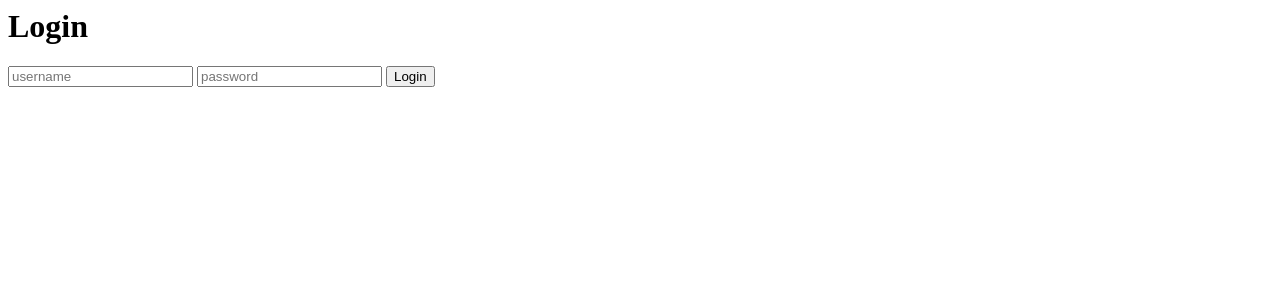
Repository: gtxDaniel/Web-development
Page: http://localhost/login
The author's editor kept a record of every edit. The page is drawn from the files as they stood at one moment, then again after the next edit.
The browser window is 1280 px wide. The pictures show the whole page.
The page is served by the project's Node server (Authentication/AuthDemo/app.js).

Above is the page before.

After the next edit:
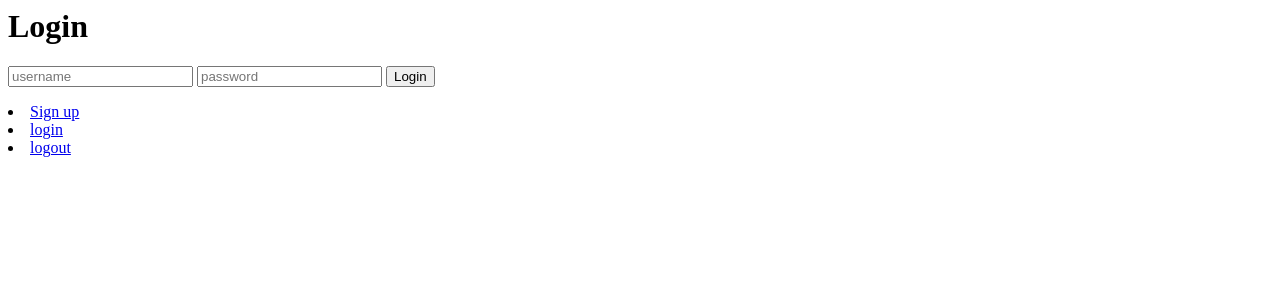
The edit:
--- a/web-development/workspace/Authentication/AuthDemo/views/login.ejs
+++ b/web-development/workspace/Authentication/AuthDemo/views/login.ejs
@@ -1,7 +1,11 @@
 <h1>Login</h1>
 
-<form>
-    <input type='text' name = 'username' placeholder='username'>
-    <input type='password' name ='password' placeholder='password'>
+<form action="/login" method="POST">
+    <input type="text" name="username" placeholder="username">
+    <input type="password" name="password" placeholder="password">
     <button>Login</button>
 </form>
+
+<li><a href='/register'>Sign up</a></li>
+<li><a href='/login'>login</a></li>
+<li><a href='/logout'>logout</a></li>
